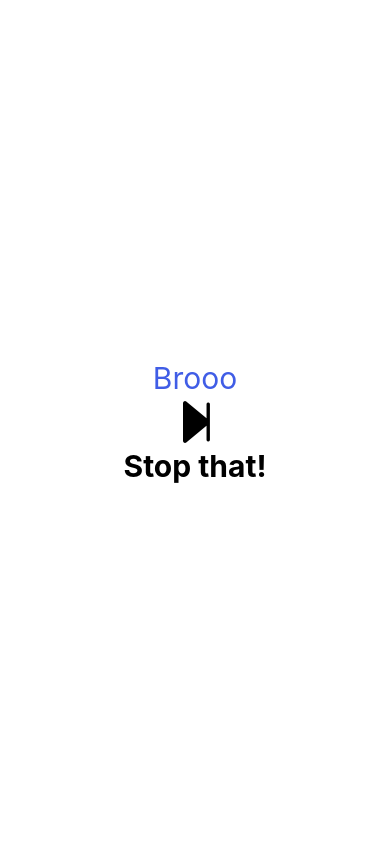
Repository: fshmasterflex/InstaLilly
Screen: /
These files come from the project's save history. The screen is drawn as it stood at one moment and after the next save; the edit follows.
The app was drawn by React Native's web renderer in a window 390 px wide. The project was rebuilt for these pictures with package versions that can differ from the ones it lists, and the page was loaded fresh each time.

Above is the screen before, as saved 2022-10-31 19:47:38.

After the next save:
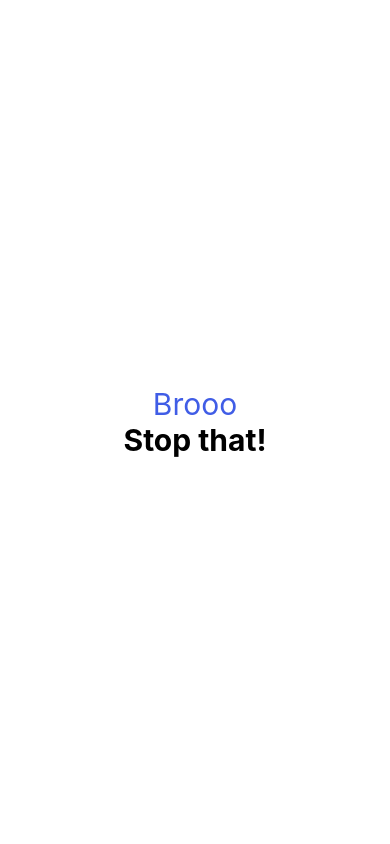
Saved 33 s later.
--- a/App.tsx
+++ b/App.tsx
@@ -9,7 +9,7 @@ const App = () => {
       <Text style={{color: colors.primary, fontSize: font.size.xxlg}}>
         Brooo
       </Text>
-      <AntDesign name="stepforward" size={48} />
+      <AntDesign name="" size={48} />
       <Text
         style={{
           color: colors.black,
